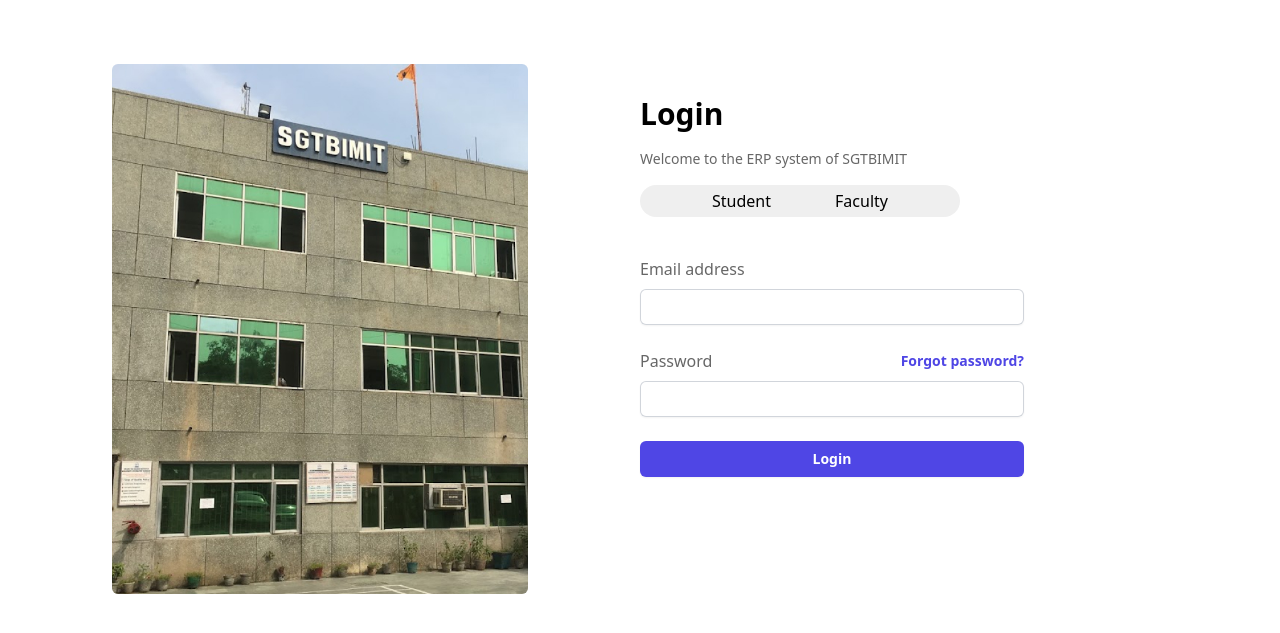
Repository: SehajBindra/SGTBIMIT-ERP-Client
Page: /StudentLogin
These files come from the project's save history. The page is drawn as it stood at one moment and after the next save; the edit follows.
The browser window is 1280 px wide. The pictures show the whole page.
The project was rebuilt for these pictures with package versions that can differ from the ones it lists, and the page was loaded fresh each time. Also part of the build but not shown: src/LOGIN/Login.js, src/LOGIN/FACULTY/FacultyLogin.js, src/STUDENT_PAGE/StuBody.js, src/STUDENT_PAGE/StuSidebar.js, src/STUDENT_PAGE/StuHeader.js, src/STUDENT_PAGE/StudentHome.js, src/FACULTY_PAGE/FacBody.js, src/FACULTY_PAGE/FacHeader.js and 2 more.

Above is the page before, as saved 2023-05-14 16:03:36.

After the next save:
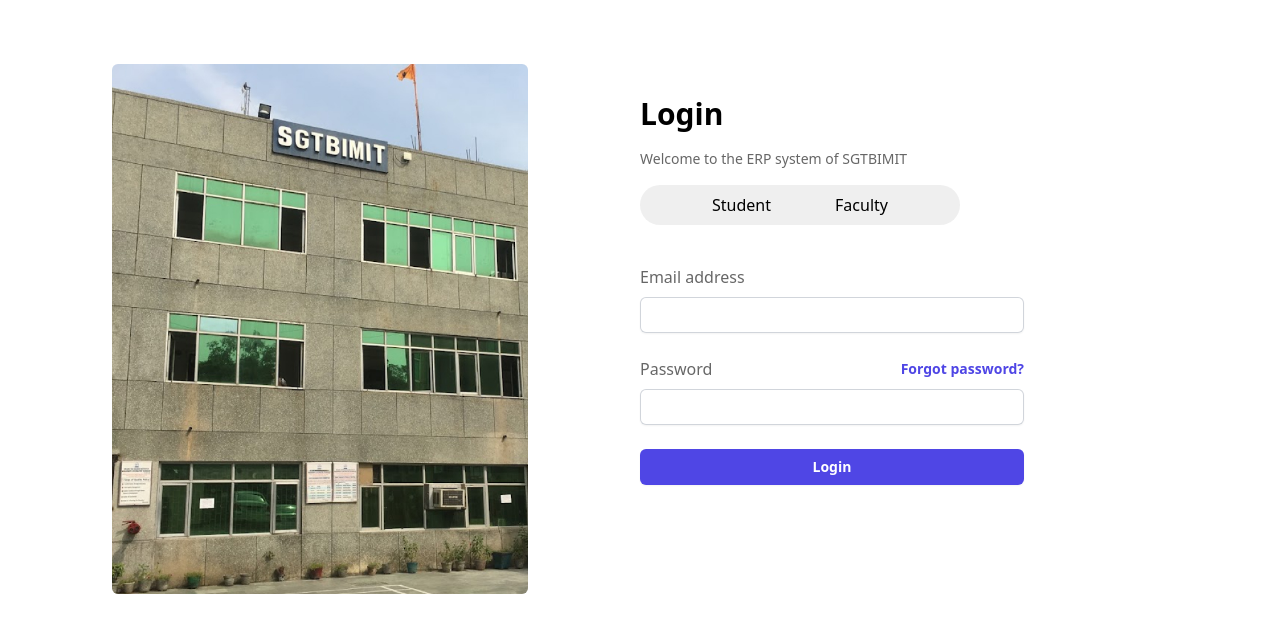
Saved 20 s later.
--- a/src/LOGIN/STUDENT/StudentLogin.js
+++ b/src/LOGIN/STUDENT/StudentLogin.js
@@ -32,7 +32,7 @@
         </p>
 
         <div
-          className="flex  flex-row items-center  justify-center h-8 text-[#
+          className="flex  flex-row items-center  justify-center h-10 text-[#
             1B449C] bg-[#EEEE] max-w-xs  space-x-16 capitalize text-[16px] rounded-[32px]"
         >
           <p>student</p>
